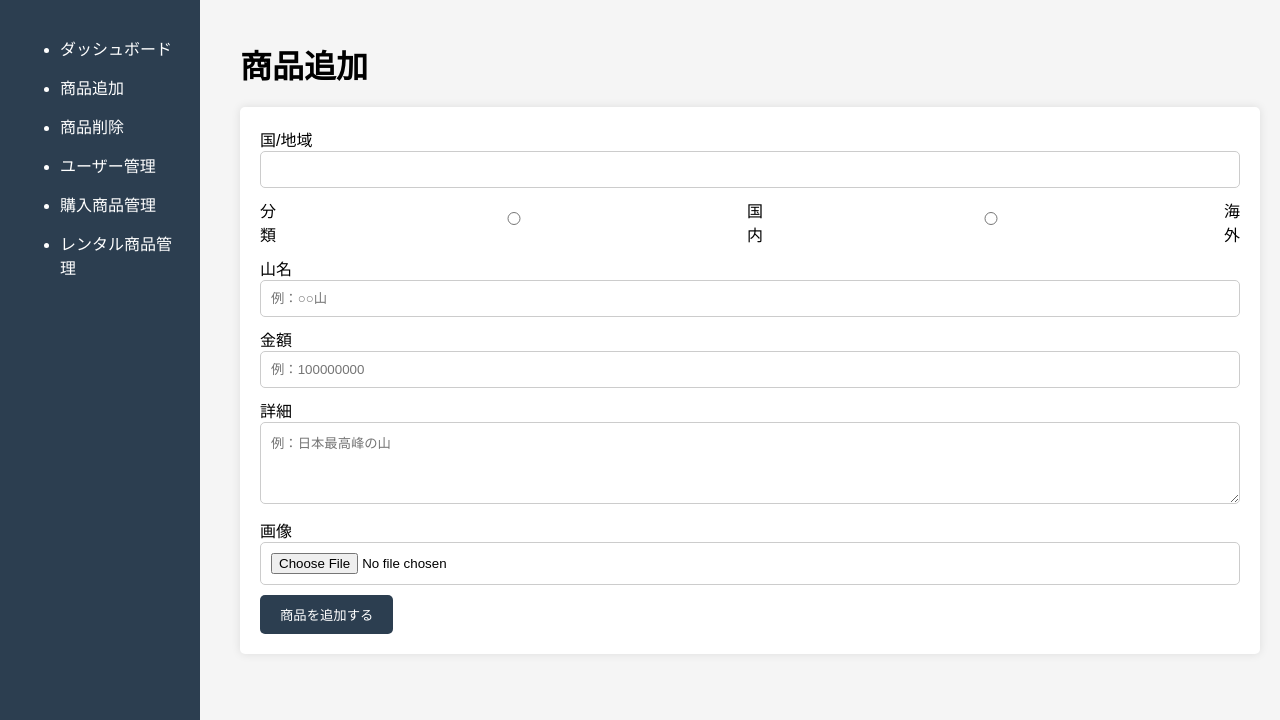
Repository: magome112/Oasis2024920
Page: http://localhost/_12_kanri.shohin.php
These files come from the project's save history. The page is drawn as it stood at one moment and after the next save; the edit follows.
The browser window is 1280 px wide. The pictures show the whole page.
The page is run by PHP 8.4 with error messages shown; the project is at /var/www/html/.

Above is the page before, as saved 2024-12-06 11:59:30.

After the next save:
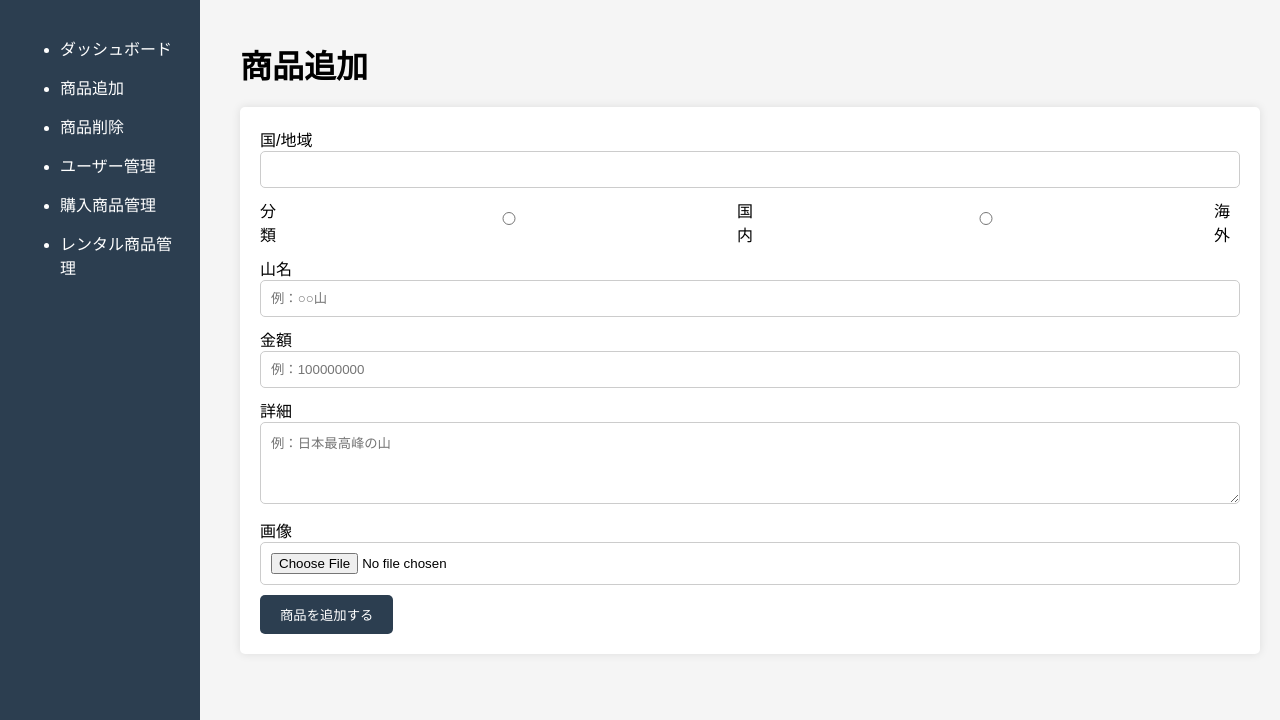
Saved 5 min 46 s later.
--- a/_12_kanri.shohin.php
+++ b/_12_kanri.shohin.php
@@ -15,34 +15,55 @@ try {
 
 // フォーム送信処理
 if ($_SERVER['REQUEST_METHOD'] === 'POST') {
-    $yama_name = $_POST['yama_name'] ?? "";
-    $country_name = $_POST['country_name'] ?? '';
-    $Region = $_POST['Region'] ?? '';
+    $errors = [];
+
+    // 必須項目のチェック
+    $yama_name = trim($_POST['yama_name'] ?? '');
+    $country_name = trim($_POST['country_name'] ?? '');
+    $Region = $_POST['Region'] ?? null;
     $price = $_POST['price'] ?? '';
+    $yama_info = trim($_POST['yama_info'] ?? '');
     $yama_img = '';
-    $yama_info = $_POST['yama_info'] ?? '';
+
+    if (empty($yama_name)) $errors[] = "山名を入力してください。";
+    if (empty($country_name)) $errors[] = "国/地域を入力してください。";
+    if ($Region === null) $errors[] = "分類を選択してください。";
+    if (empty($price) || !is_numeric($price)) $errors[] = "金額を正しく入力してください。";
+    if (empty($yama_info)) $errors[] = "詳細を入力してください。";
 
     // 画像のアップロード処理
-    if (isset($_FILES['image']) && $_FILES['image']['error'] === UPLOAD_ERR_OK) {
+    if (isset($_FILES['yama_img']) && $_FILES['yama_img']['error'] === UPLOAD_ERR_OK) {
         $upload_dir = 'uploads/';
-        $image_path = $upload_dir . basename($_FILES['image']['name']);
-        if (!move_uploaded_file($_FILES['image']['tmp_name'], $image_path)) {
-            echo "画像アップロードに失敗しました。";
-            exit;
+        $yama_img = $upload_dir . basename($_FILES['yama_img']['name']);
+        if (!move_uploaded_file($_FILES['yama_img']['tmp_name'], $yama_img)) {
+            $errors[] = "画像アップロードに失敗しました。";
         }
     }
 
+    // エラーがある場合は表示して処理終了
+    if (!empty($errors)) {
+        foreach ($errors as $error) {
+            echo "<p style='color:red;'>$error</p>";
+        }
+        exit;
+    }
+
     // データベースに挿入
-    $stmt = $pdo->prepare("INSERT INTO Oasis_yama (yama_name, country_name, Region, price, yama_img, yama_info) VALUES (:yama_name, :country_name, :Region, :price, :yama_img, :yama_info)");
-    $stmt->bindParam(':yama_name', $yama_name);
-    $stmt->bindParam(':country_name', $country_name);
-    $stmt->bindParam(':Region', $Region);
-    $stmt->bindParam(':price', $price);
-    $stmt->bindParam(':yama_img', $yama_img);
-    $stmt->bindParam(':yama_info', $yama_info);
-    $stmt->execute();
+    try {
+        $stmt = $pdo->prepare("INSERT INTO Oasis_yama (yama_name, country_name, Region, price, yama_img, yama_info)
+                               VALUES (:yama_name, :country_name, :Region, :price, :yama_img, :yama_info)");
+        $stmt->bindParam(':yama_name', $yama_name);
+        $stmt->bindParam(':country_name', $country_name);
+        $stmt->bindParam(':Region', $Region);
+        $stmt->bindParam(':price', $price);
+        $stmt->bindParam(':yama_img', $yama_img);
+        $stmt->bindParam(':yama_info', $yama_info);
+        $stmt->execute();
 
-    echo "商品が追加されました！";
+        echo "<p style='color:green;'>商品が追加されました！</p>";
+    } catch (PDOException $e) {
+        echo "<p style='color:red;'>データベースエラー: " . $e->getMessage() . "</p>";
+    }
 }
 ?>
 
@@ -100,7 +121,7 @@ if ($_SERVER['REQUEST_METHOD'] === 'POST') {
             border-radius: 5px;
             box-sizing: border-box;
         }
-                .radio-group {
+        .radio-group {
             display: flex; /* 横並びに整列 */
             align-items: center; /* 垂直方向の中央揃え */
             gap: 20px; /* ラジオボタン間のスペース */
@@ -141,33 +162,35 @@ if ($_SERVER['REQUEST_METHOD'] === 'POST') {
     </ul>
 </div>
 
-    <div class="main-content">
-        <h1>商品追加</h1>
-        <form method="POST" enctype="multipart/form-data">
+<div class="main-content">
+    <h1>商品追加</h1>
+    <form method="POST" enctype="multipart/form-data">
 
-            <label for="country_name">国/地域</label>
-            <input type="text" name="country_name" id="country_name" required>
+        <label for="country_name">国/地域</label>
+        <input type="text" name="country_name" id="country_name" required>
 
-            <div class="radio-group">
-                <label for="region">分類</label>
-                <input type="radio" name="region" value="0" required>国内
-                <input type="radio" name="region" value="1">海外
-            </div>
+        <div class="radio-group">
+            <label for="region">分類</label>
+            <input type="radio" name="Region" value="0" id="domestic" required>
+            <label for="domestic">国内</label>
+            <input type="radio" name="Region" value="1" id="overseas">
+            <label for="overseas">海外</label>
+        </div>
 
-            <label for="yama_name">山名</label>
-            <input type="text" name="yama_name" id="yama_name" placeholder="例：○○山" required>
+        <label for="yama_name">山名</label>
+        <input type="text" name="yama_name" id="yama_name" placeholder="例：○○山" required>
 
-            <label for="price">金額</label>
-            <input type="number" name="price" id="price" placeholder="例：100000000" required>
+        <label for="price">金額</label>
+        <input type="number" name="price" id="price" placeholder="例：100000000" required>
 
-            <label for="yama_info">詳細</label>
-            <textarea name="yama_info" id="yama_info" placeholder="例：日本最高峰の山" rows="4" required></textarea>
+        <label for="yama_info">詳細</label>
+        <textarea name="yama_info" id="yama_info" placeholder="例：日本最高峰の山" rows="4" required></textarea>
 
-            <label for="yama_img">画像</label>
-            <input type="file" name="yama_img" id="yama_img" accept="image/*" required>
+        <label for="yama_img">画像</label>
+        <input type="file" name="yama_img" id="yama_img" accept="image/*" required>
 
-            <button type="submit">商品を追加する</button>
-        </form>
-    </div>
+        <button type="submit">商品を追加する</button>
+    </form>
+</div>
 </body>
 </html>
